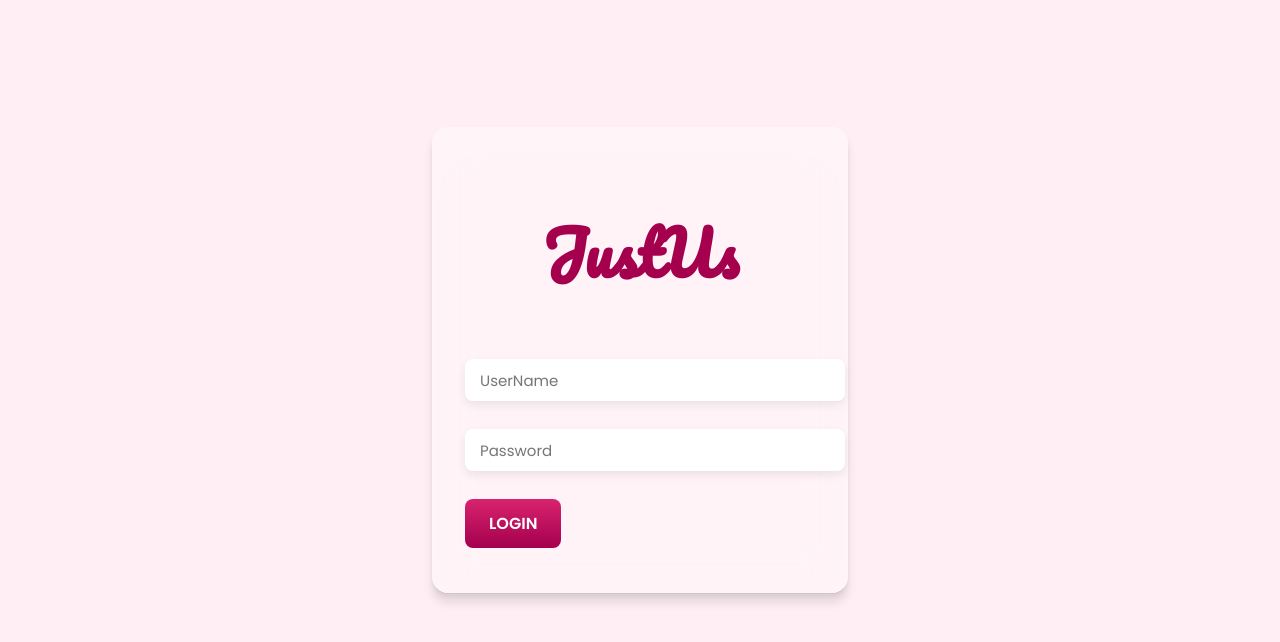
Repository: AfifaNoor/JustUs_ReactJs
Page: /
These files come from the project's save history. The page is drawn as it stood at one moment and after the next save; the edit follows.
The browser window is 1280 px wide. The pictures show the whole page.
The project was rebuilt for these pictures with package versions that can differ from the ones it lists, and the page was loaded fresh each time.

Above is the page before, as saved 2025-07-14 16:13:01.

### public/index.html
<!DOCTYPE html>
<html lang="en">
  <head>
    <meta charset="utf-8" />
    <link rel="icon" href="%PUBLIC_URL%/favicon.ico" />
    <link href="https://fonts.googleapis.com/css2?family=Poppins:wght@300;400;500;600;700&family=Pacifico&display=swap" rel="stylesheet">
    <meta name="viewport" content="width=device-width, initial-scale=1" />
    <meta name="theme-color" content="#000000" />
    <meta
      name="description"
      content="Web site created using create-react-app"
    />
    <link rel="apple-touch-icon" href="%PUBLIC_URL%/logo192.png" />
    <!--
      manifest.json provides metadata used when your web app is installed on a
      user's mobile device or desktop. See https://developers.google.com/web/fundamentals/web-app-manifest/
    -->
    <link rel="manifest" href="%PUBLIC_URL%/manifest.json" />
    <!--
      Notice the use of %PUBLIC_URL% in the tags above.
      It will be replaced with the URL of the `public` folder during the build.
      Only files inside the `public` folder can be referenced from the HTML.

      Unlike "/favicon.ico" or "favicon.ico", "%PUBLIC_URL%/favicon.ico" will
      work correctly both with client-side routing and a non-root public URL.
      Learn how to configure a non-root public URL by running `npm run build`.
    -->
    <title>Just Us</title>
  </head>
  <body>
    <noscript>You need to enable JavaScript to run this app.</noscript>
    <div id="root"></div>
    <!--
      This HTML file is a template.
      If you open it directly in the browser, you will see an empty page.

      You can add webfonts, meta tags, or analytics to this file.
      The build step will place the bundled scripts into the <body> tag.

      To begin the development, run `npm start` or `yarn start`.
      To create a production bundle, use `npm run build` or `yarn build`.
    -->
  </body>
</html>

### src/App.js
import React from 'react'
import LoginPage from './LoginPage'

const App = () => {
  return (
    <div>
      <LoginPage/>
    </div>
  )
}

export default App

### src/LoginPage.jsx
import React from 'react';
import "./LoginPage.css"

const LoginPage = () => {
  return (
    <div className='login-container'>
      <form className='form-container'>
      <div className='logo'>
        <h1> JustUs </h1>
      </div>
      <input
      className='form-input'
      type='text'
      placeholder='UserName'
      required

      />
      <input
      className='form-input'
      type='password'
      placeholder='Password'
      required

      />
      <div>
        <button className='btn-login'> Login</button>
      </div>

      </form>
    </div>
  )
}

export default LoginPage

### src/LoginPage.css
.login-container {
  width: 100%;
  height: 100vh;
  opacity: 1;
  transform: rotate(0deg);
  display: flex;
  justify-content: center;
  align-items: center;
  /* background: linear-gradient(#FFEFF4, #FDEAEF); */
  background-color: #FFEFF4;
  flex-direction: column;
  position: relative;
  font-family: 'Poppins', sans-serif;


}

h1,h2,h3 {
  color: #A4004E;
  font-weight: 700;

}

.logo {
  font-family: 'Pacifico', cursive;
  font-size: 30px;
  text-align: center;
}

.btn-login {
  background: linear-gradient(180deg, #D9236E 0%, #A4004E 100%);
  color: #ffffff;
  border: none;
  padding: 12px 24px;
  border-radius: 8px;
  font-weight: 600;
  font-size: 16px;
  text-transform: uppercase;
  font-family: 'Poppins', sans-serif;
  margin-bottom: 20px;
  text-align: center;
  cursor: pointer;
  transition: 0.3s ease;
}

.btn-login:hover {
  transform: scale(1.05);
  background: linear-gradient(180deg, #A4004E 0%, #D9236E 100%);
}

.form-container{
    width: 350px;
    height: 400px;
    border-radius: 16px;
    padding: 32px;
    gap:14px;
    flex-direction: column;
    display: flex;
    z-index: 1;
    background: rgba(255, 255, 255, 0.25);
    border: 1px solid rgba(255, 255, 255, 0.2);
    border-image-slice: 1;
    -webkit-backdrop-filter: blur(20px);
    backdrop-filter: blur(20px);

    box-shadow:
  0px 10px 10px 0px rgba(0, 0, 0, 0.10),
  0px 4px 4px 0px rgba(0, 0, 0, 0.05),
  0px 1px 0px 0px rgba(0, 0, 0, 0.05),
  inset 0px 20px 50px 0px rgba(255, 255, 255, 0.15);
}

.form-input{
    width: 100%;
    height: 20px;
    padding: 10px 14px;
    font-size: 15px;
    min-width: 140px;
    max-width: 500px;
    transform: rotate(0deg);
    font-family: 'Poppins', sans-serif;
    opacity: 1;
    border-radius: 8px;
    border-width: 1px;
    gap: 8px;
    margin-bottom: 14px;
    border: 1px solid transparent;
    -webkit-backdrop-filter: blur(20px);
    backdrop-filter: blur(20px);
    box-shadow: 0 4px 10px rgba(0,0,0,0.08);
    cursor: pointer;



}

Loaded but not shown: src/index.js (common file); src/index.css (common file); src/reportWebVitals.js (common file)

After the next save:
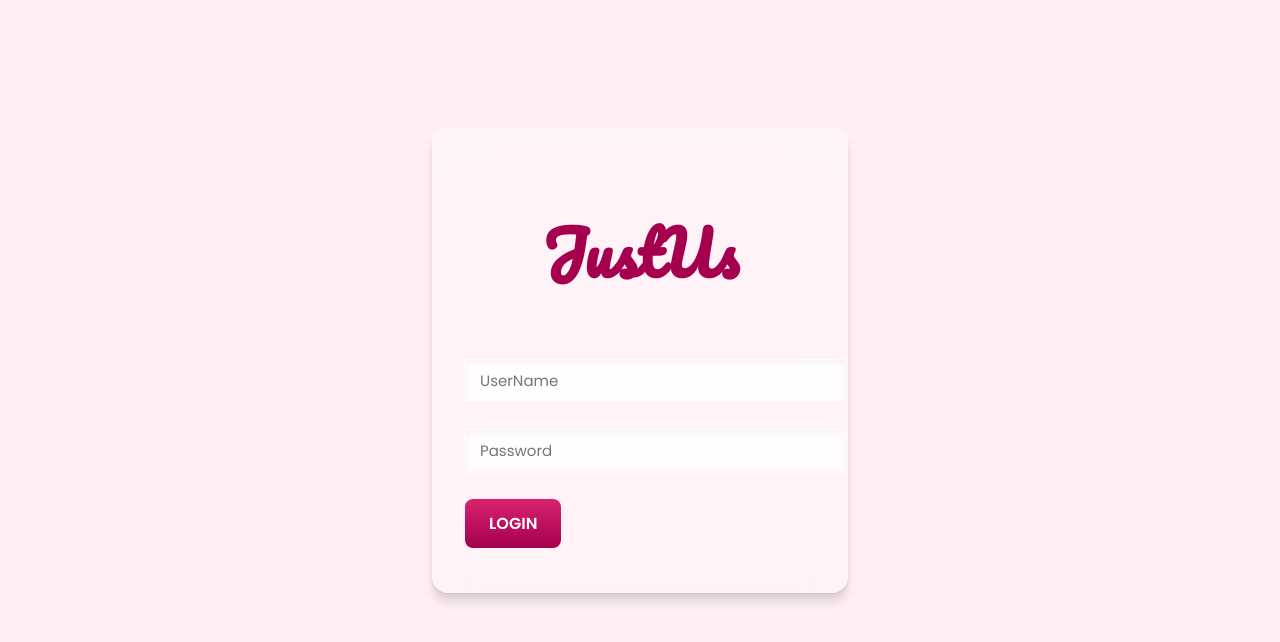
Saved 50 s later.
--- a/src/LoginPage.css
+++ b/src/LoginPage.css
@@ -80,16 +80,12 @@
     transform: rotate(0deg);
     font-family: 'Poppins', sans-serif;
     opacity: 1;
-    border-radius: 8px;
-    border-width: 1px;
-    gap: 8px;
     margin-bottom: 14px;
     border: 1px solid transparent;
-    -webkit-backdrop-filter: blur(20px);
-    backdrop-filter: blur(20px);
-    box-shadow: 0 4px 10px rgba(0,0,0,0.08);
     cursor: pointer;
-
-
+    font-family: 'Poppins', sans-serif;
+    background: rgba(255, 255, 255, 0.8);
+    box-shadow: inset 0 2px 6px rgba(0,0,0,0.05);
+    transition: border-color 0.2s;
 
 }
